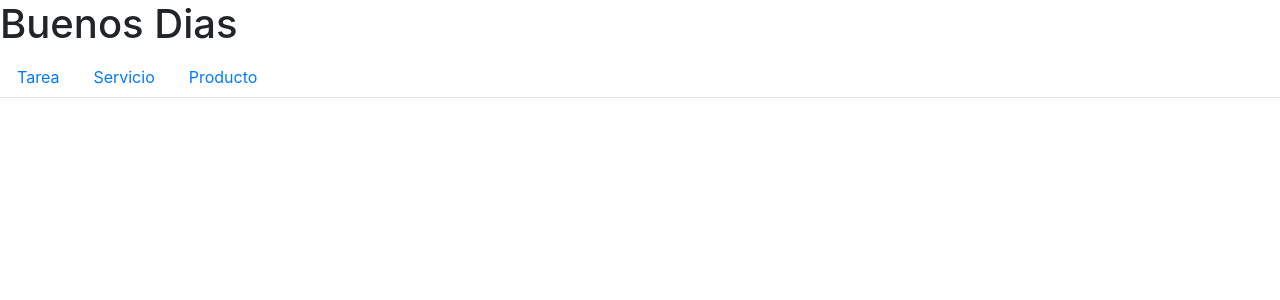
Repository: Alemartinez97/New-Repository
Page: programacion-3/tp4/index.html
The author's editor kept a copy of each file at every save. The page is drawn from the files as they stood at one save, then again after the next save.
The browser window is 1280 px wide. The pictures show the whole page.

Above is the page before, as saved 2020-06-11 15:30:16.

### programacion-3/tp4/index.html
<!DOCTYPE html>
<html lang="en">
<head>
    <meta charset="UTF-8">
    <meta name="viewport" content="width=device-width, initial-scale=1.0">
    <title>Bienvenido</title>
    <link rel="stylesheet" href="https://stackpath.bootstrapcdn.com/bootstrap/4.5.0/css/bootstrap.min.css" integrity="sha384-9aIt2nRpC12Uk9gS9baDl411NQApFmC26EwAOH8WgZl5MYYxFfc+NcPb1dKGj7Sk" crossorigin="anonymous">
</head>
<body>
  <h1 class="h1">Buenos Dias</h1>
  <ul class="nav nav-tabs">
    <li class="nav-item">
      <a class="nav-link" href="./tareas/lista.html" >Tarea</a>
    </li>
    <li class="nav-item">
      <a class="nav-link" href="servicio.html" >Servicio</a>
    </li>
    <li class="nav-item">
      <a class="nav-link" href="producto.html">Producto</a>
    </li>
  </ul>
</body>
</html>

After the next save:
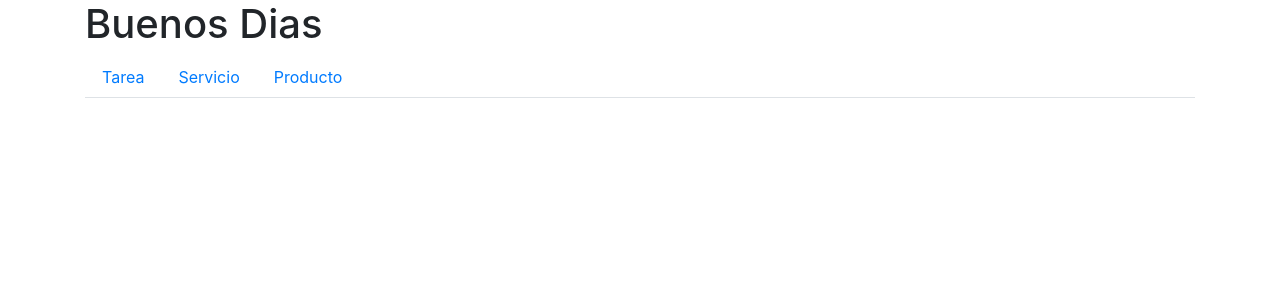
Saved 30 s later.
--- a/programacion-3/tp4/index.html
+++ b/programacion-3/tp4/index.html
@@ -7,17 +7,20 @@
     <link rel="stylesheet" href="https://stackpath.bootstrapcdn.com/bootstrap/4.5.0/css/bootstrap.min.css" integrity="sha384-9aIt2nRpC12Uk9gS9baDl411NQApFmC26EwAOH8WgZl5MYYxFfc+NcPb1dKGj7Sk" crossorigin="anonymous">
 </head>
 <body>
-  <h1 class="h1">Buenos Dias</h1>
-  <ul class="nav nav-tabs">
-    <li class="nav-item">
-      <a class="nav-link" href="./tareas/lista.html" >Tarea</a>
-    </li>
-    <li class="nav-item">
-      <a class="nav-link" href="servicio.html" >Servicio</a>
-    </li>
-    <li class="nav-item">
-      <a class="nav-link" href="producto.html">Producto</a>
-    </li>
-  </ul>
+  <div class="container">
+    <h1 class="h1">Buenos Dias</h1>
+    <ul class="nav nav-tabs">
+      <li class="nav-item">
+        <a class="nav-link" href="./tareas/lista.html" >Tarea</a>
+      </li>
+      <li class="nav-item">
+        <a class="nav-link" href="servicio.html" >Servicio</a>
+      </li>
+      <li class="nav-item">
+        <a class="nav-link" href="producto.html">Producto</a>
+      </li>
+    </ul>
+  </div>
+
 </body>
 </html>
